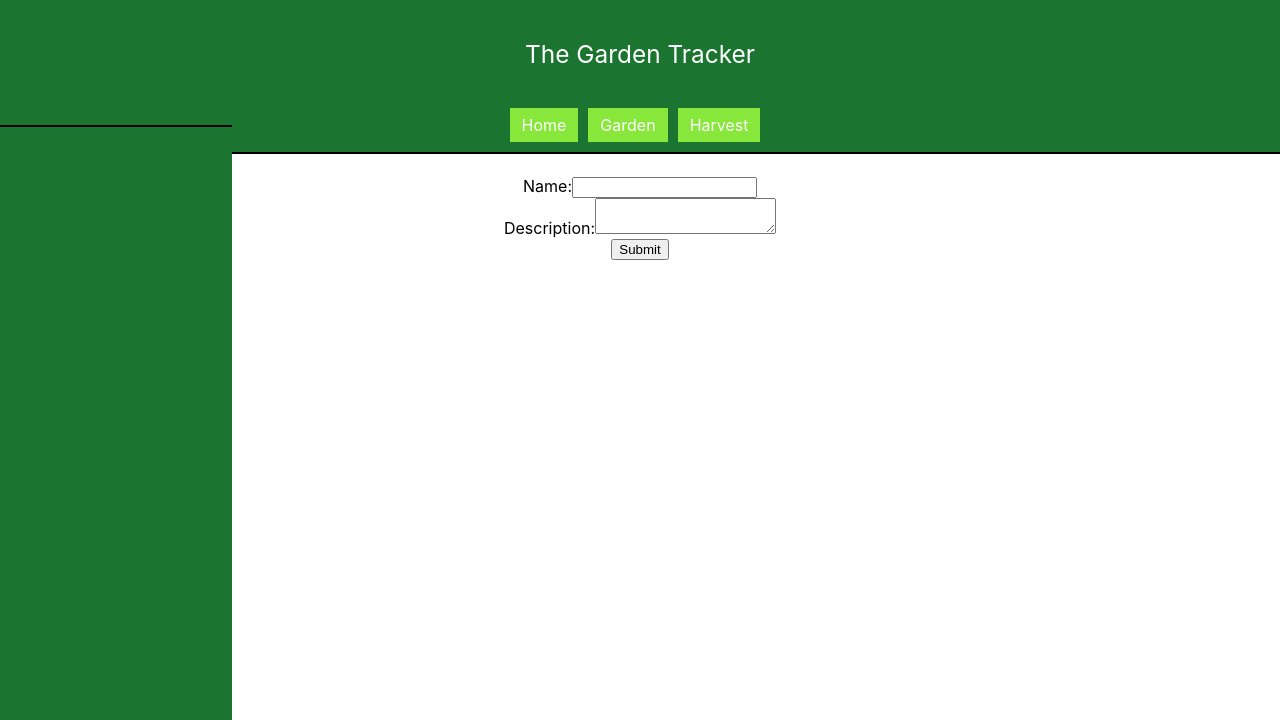
Repository: charliejp0311/ReactReduxFinal
Page: /garden (app in gardentracker/)
These files come from the project's save history. The page is drawn as it stood at one moment and after the next save; the edit follows.
The browser window is 1280 px wide. The pictures show the whole page.
The page's requests for data from a server got no answer. The project was rebuilt for these pictures with package versions that can differ from the ones it lists, and the page was loaded fresh each time. No one was signed in, and anything a server would have sent is missing. Also part of the build but not shown: gardentracker/src/containers/GardenbookContainer.js, gardentracker/src/components/GardenPlant.js, gardentracker/src/components/HarvestPlant.js, gardentracker/src/containers/HarvestContainer.js, gardentracker/src/components/UpdatePlantForm.js, gardentracker/src/components/NoteForm.js, gardentracker/src/components/noteList.js, gardentracker/src/containers/PlantContainer.js and 1 more.

Above is the page before, as saved 2020-11-12 10:59:41.

After the next save:
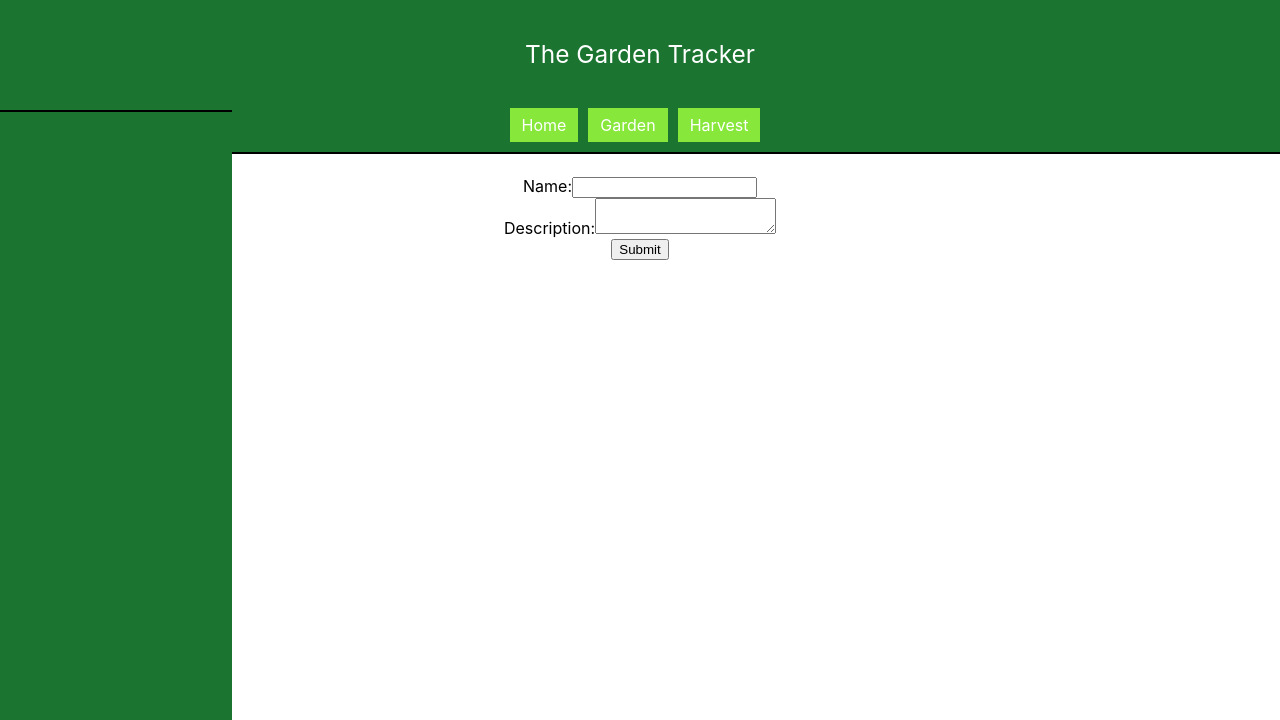
Saved 10 s later.
--- a/gardentracker/src/App.css
+++ b/gardentracker/src/App.css
@@ -35,7 +35,7 @@
   left: 0;
   background-color: #1b7531;
   overflow-x: hidden;
-  margin-top: 125px;
+  margin-top: 110px;
   /* padding-top: 1000px; */
   transition: 0.5s;
 }
